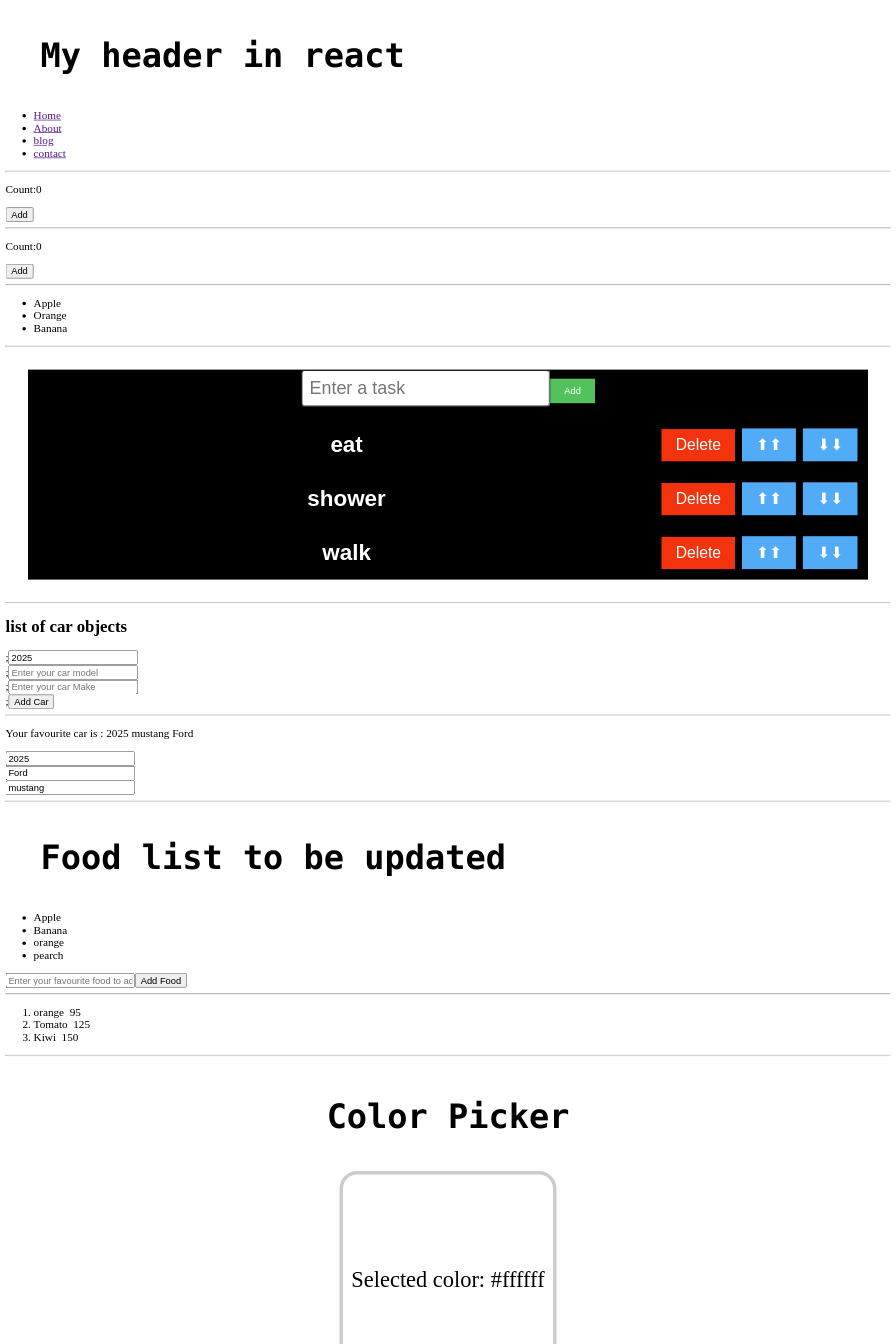
Repository: profbkmurage/reactLearning
Page: /
The author's editor kept a copy of each file at every save. The page is drawn from the files as they stood at one save, then again after a run of saves.
The browser window is 1280 px wide. The pictures show the part of the page from y = 0 to 1920 px (the page is 5913 px tall before and 5842 px after), at 70% of full size.
The project was rebuilt for these pictures with package versions that can differ from the ones it lists, and the page was loaded fresh each time. Also part of the build but not shown: vite.config.js, src/DigitalClock.jsx.

Above is the page before, as saved 2025-02-14 10:19:56.

After the next 3 saves:
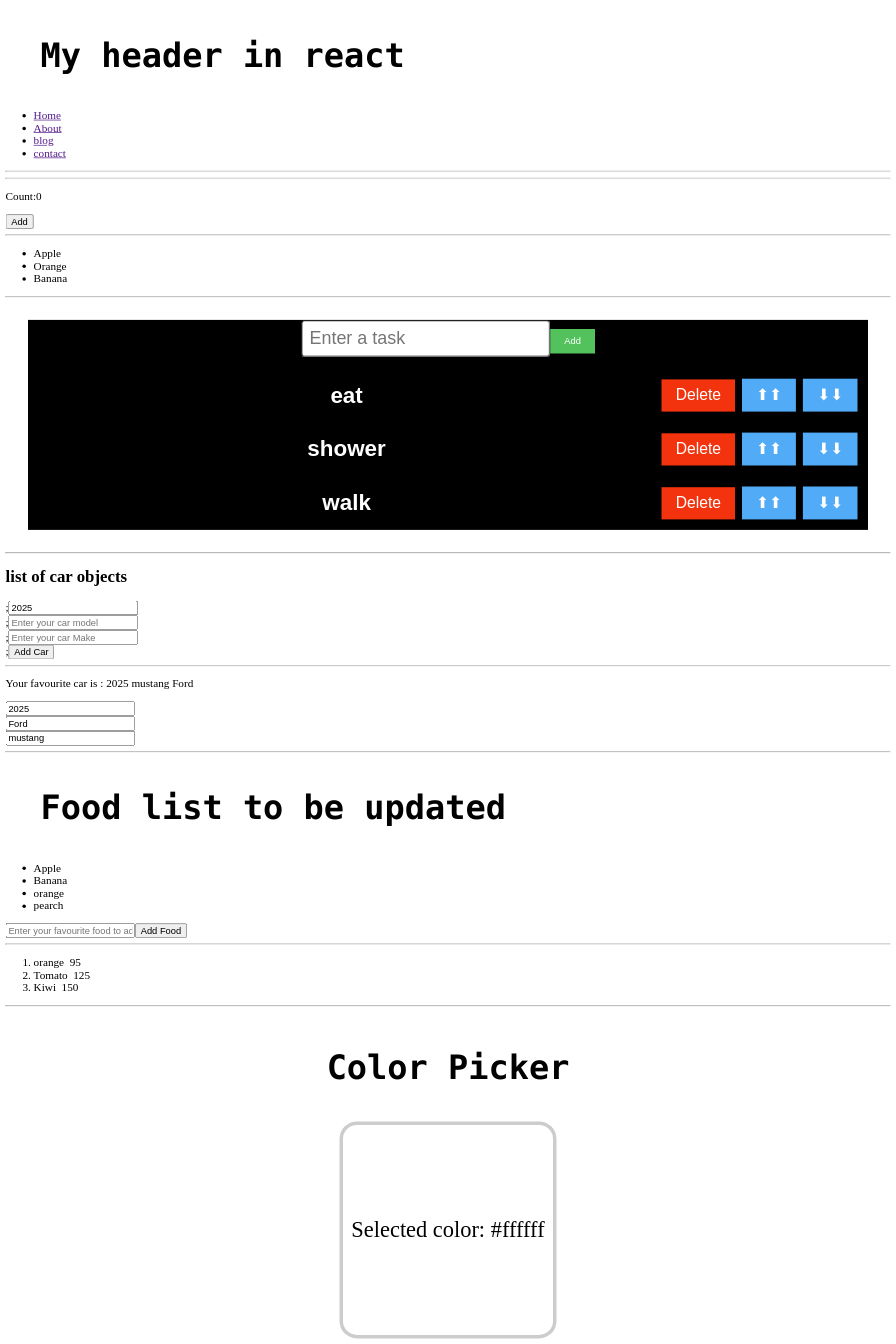
The 3 saves are shown as one change because they came seconds apart.
The last was saved 10 s later.
--- a/src/App.jsx
+++ b/src/App.jsx
@@ -45,7 +45,7 @@ function App() {
       <Header></Header> {/* //can also be written as <Header/> */}
 
       <hr />
-      <ComponetMain />
+      <di />
       <hr />
       <ComponetMain />
       <hr />
